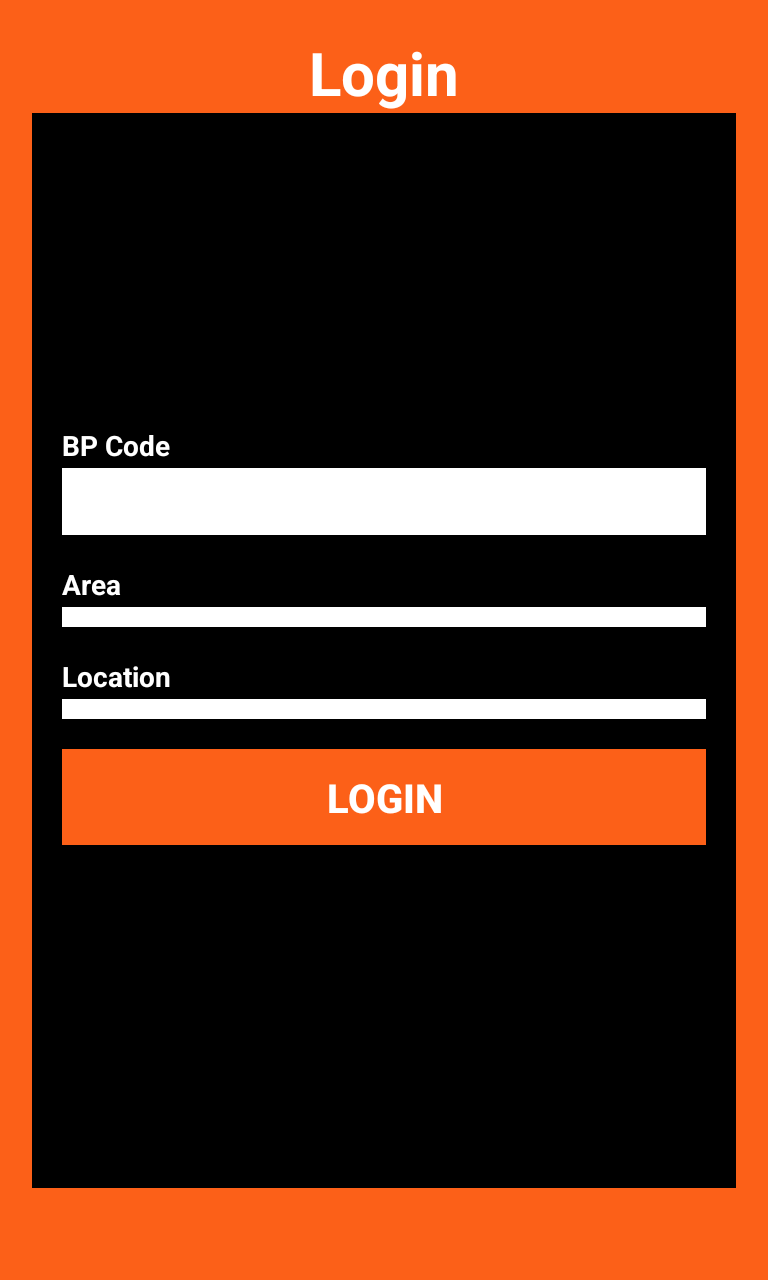
Repository: MushfiqurRahman/BLink3gApp
Layout: 3gExperience/res/layout/fragment_login_bak.xml
These files come from the project's save history. The layout is drawn as it stood at one moment and after the next save; the edit follows.
It is drawn on a 768 x 1280 px phone screen (xhdpi) without system bars, with theme AppTheme; the app's code is not run.

Above is the layout before, as saved 2014-05-20 19:11:39.

After the next save:
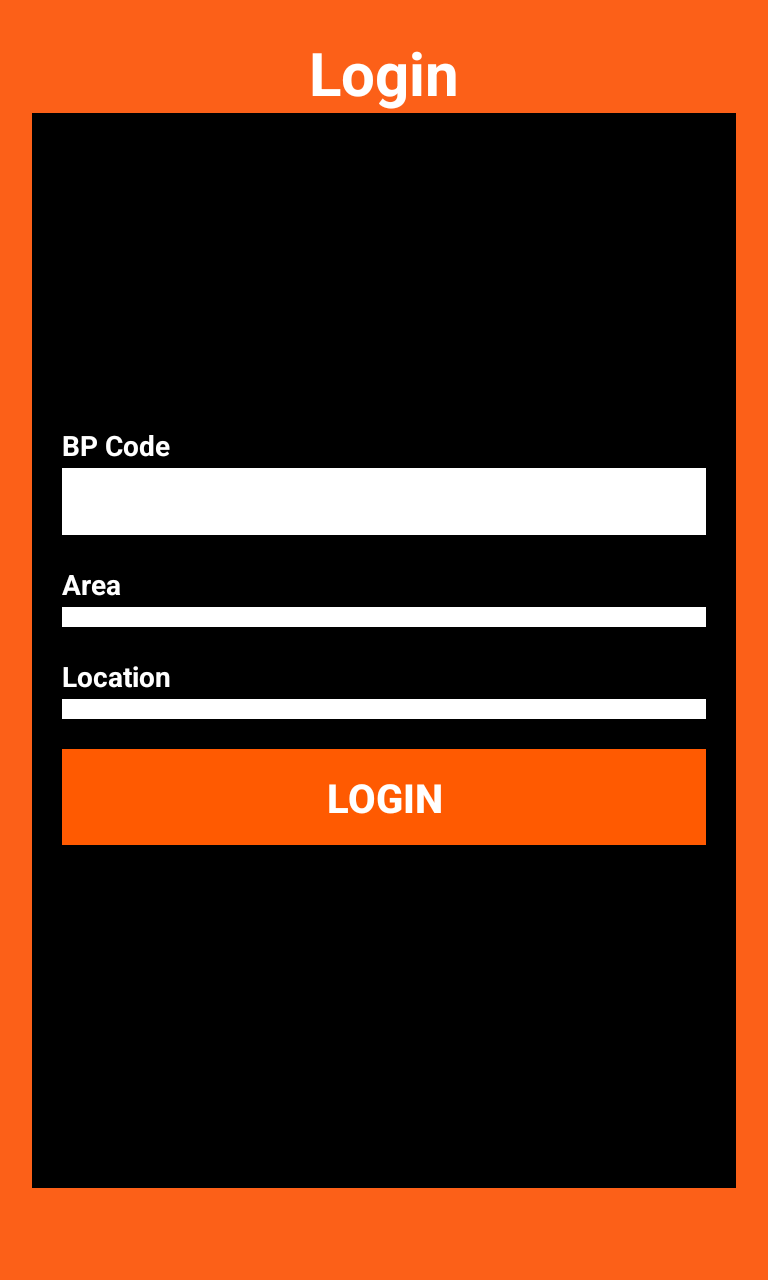
Saved 61 s later.
--- a/3gExperience/res/layout/fragment_login_bak.xml
+++ b/3gExperience/res/layout/fragment_login_bak.xml
@@ -133,7 +133,7 @@
             android:textSize="20sp"
             android:textColor="#FFFFFF"
             android:textStyle="bold"
-            android:background="#FC6018" />
+            android:background="#FF5A01" />
     </LinearLayout>
 
 </RelativeLayout>
